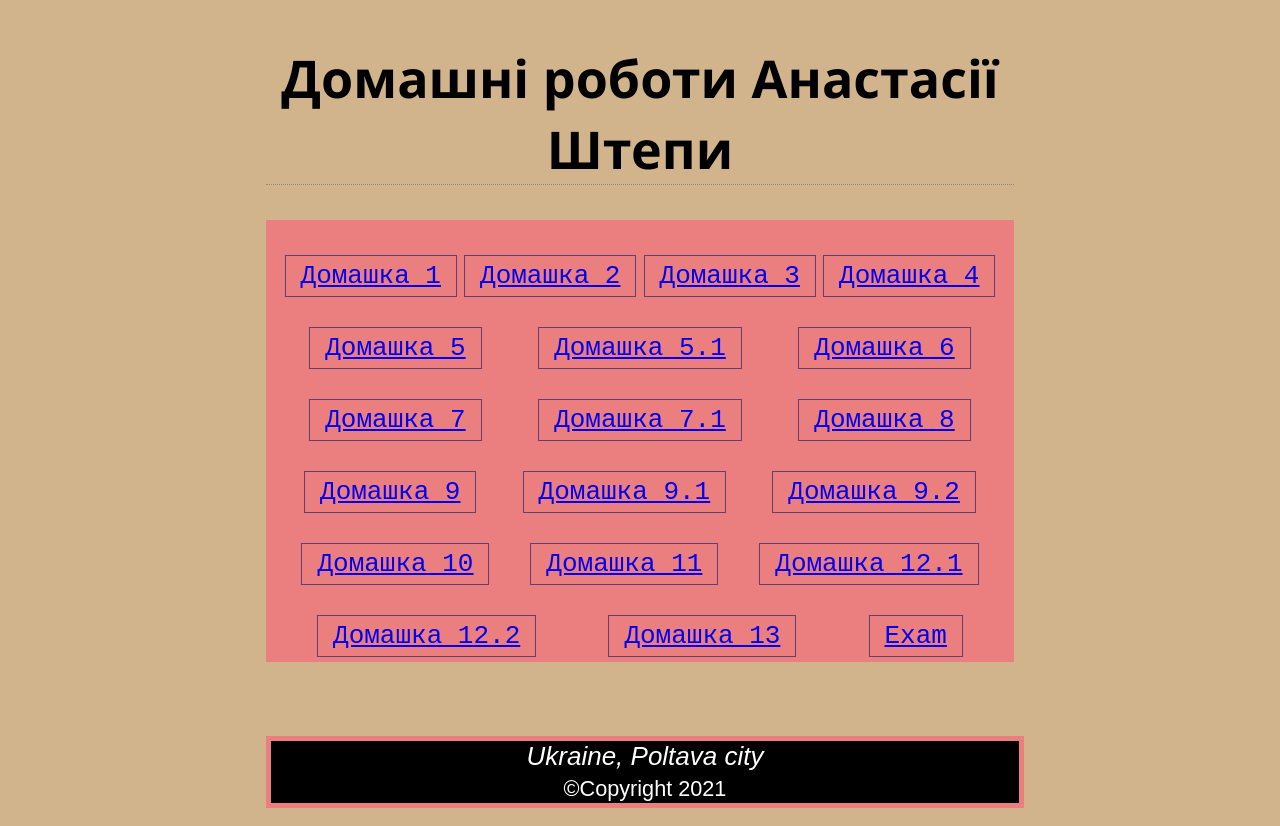
Repository: shtepaa/project-works.github.io
Page: index.html
These files come from the project's save history. The page is drawn as it stood at one moment and after a run of saves; the edit follows.
The browser window is 1280 px wide. The pictures show the part of the page from y = 318 to 1144 px (the page is 1144 px tall).

Above is the page before, as saved 2021-11-15 10:40:21.

### index.html
<!DOCTYPE html>
<html lang="en">
  <head>
    <meta charset="UTF-8" />
    <meta http-equiv="X-UA-Compatible" content="IE=edge" />
    <meta name="viewport" content="width=device-width, initial-scale=1.0" />
    <meta name="description" content="CV" />
    <meta
      name="author"
      content="Anastasiia Shtepa anastasiia.shtepa1990@gmail.com"
    />
    <title>Анастасия Штепа</title>
    <link type="text/css" rel="stylesheet" href="main.css" />
    <link rel="shortcut icon" href="./images/logo.png" type="image/png" />
  </head>
  <body>
    <!--Youtube -->
    <iframe
      width="100%"
      height="300"
      src="https://www.youtube.com/embed/FII4DRuiLLI"
      title="YouTube video player"
      frameborder="0"
      allow="accelerometer; autoplay; clipboard-write; encrypted-media; gyroscope; picture-in-picture"
      allowfullscreen
    ></iframe>
    <br />
    <header>
    <h1><b>Домашні роботи Анастасії Штепи</b></h1></header>
    <!--Домашки -->
    <div class=" container cover-box">
        <div class="cover"><a href="./resume2/index.html">Домашка 1</a></div>

        <div class="cover"><a href="./lesson-3-HTML5/lesson3.html">Домашка 2</a></div>

        <div class="cover"><a href="./lesson-4hard simple/simple/">Домашка 3</a></div>

        <div class="cover">
          <a href="./lesson-4hard simple/hard2/index.html">Домашка 4</a>
        </div>
        <div class="cover">
          <a href="./lesson-5-Figma/index.html">Домашка 5</a>
        </div>
        <div class="cover">
          <a href="./lesson 5.1 Photoshop/index.html">Домашка 5.1</a>
        </div>
        <div class="cover">
          <a href="./lesson 7/index.html">Домашка 6</a>
        </div>
        <div class="cover">
          <a href="./lesson-77/index.html">Домашка 7</a>
        </div>
        <div class="cover">
          <a href="./lesson-7.1/index.html">Домашка 7.1</a>
        </div>
        <div class="cover">
          <a href="./Les-8/index.html">Домашка 8</a>
        </div>
        <div class="cover">
          <a href="./lessons-9/index.html">Домашка 9</a>
        </div>
        <div class="cover">
          <a href="./lessons9.1/index.html">Домашка 9.1</a>
        </div>
        <div class="cover">
          <a href="./lessons- 9.2/index.html">Домашка 9.2</a>
        </div>

        <div class="cover">
          <a href="./lesson-10-homework/index.html">Домашка 10</a>
        </div>
        <div class="cover">
          <a href="./lesson-11-homework/index.html">Домашка 11</a>
        </div>
        <div class="cover">
          <a href="./lesson-12.1/index.html">Домашка 12.1</a>
        </div>
        <div class="cover">
          <a href="./lesson-12.2/index.html">Домашка 12.2</a>
        </div>
        <div class="cover">
          <a href="./lesson-13-home-work/index.html">Домашка 13</a>
        </div>
        <div class="cover">
          <a href="./game-store-main/war-star-exam/index.html">Exam</a>
        </div>
      </div>

    <!-- Локація -->
    <footer>
      <address>Ukraine, Poltava city</address>
      <small> &copy;Copyright 2021 </small>
    </footer>
  </body>
</html>

### main.css
@font-face {
  font-family: "Emblema One";
  src: url("./EmblemaOne-Regular.woff"), url("./EmblemaOne-Regular.ttf");
}

body {
  color: #000000;
  background-color: #d2b48c;
  margin-left: 20%;
  margin-right: 20%;
  padding: 10px 10px 10px 10px;
  font-family: sans-serif;
  font-size: 26px;
}

h1 {
  font-family: "Segoe UI", Tahoma, sans-serif;
  color: #000000;
  border-bottom: thin dotted #888888;
  text-align: center;
}

div {
  font-family: monospace, monospace;
  text-align: center;
  padding: 5px 15px; /* Поля */
  text-decoration: none; /* Убираем подчёркивание */
  color: #000; /* Цвет текста */
  background-color: #eb7e7f;

  margin-top: 30px;
}
div:hover {
  box-shadow: 0 0 5px rgba(0, 0, 0, 0.3); /* Тень */
  background: linear-gradient(
    to bottom,
    #623f6e,
    hsl(322, 38%, 86%)
  ); /* Градиент */
  color: #a00;
}
.cover {
  border: 1px solid #623f6e; /* Рамка */
  display: inline-block;
  padding: 5px 15px; /* Поля */
  text-decoration: none; /* Убираем подчёркивание */
  color: #000; /* Цвет текста */
  background-color: #eb7e7f;
}
.cover:hover {
  box-shadow: 0 0 5px rgba(0, 0, 0, 0.3); /* Тень */
  background: linear-gradient(to bottom, #fcfff4, #e9e9ce); /* Градиент */
  color: #a00;
}
.container {
  display: flex;
  flex-wrap: wrap;
  justify-content: space-around;
  align-items: flex-start;
}
footer {
  color: #ffffff;
  margin: 5px;
  border: 5px solid #eb7e7f;
  background-color: #000000;
  width: 100%;
  text-align: center;
  margin-top: 10%;
  margin-right: 0%;
  margin-bottom: 0%;
  margin-left: 0%;
}
a

After the next 2 saves:
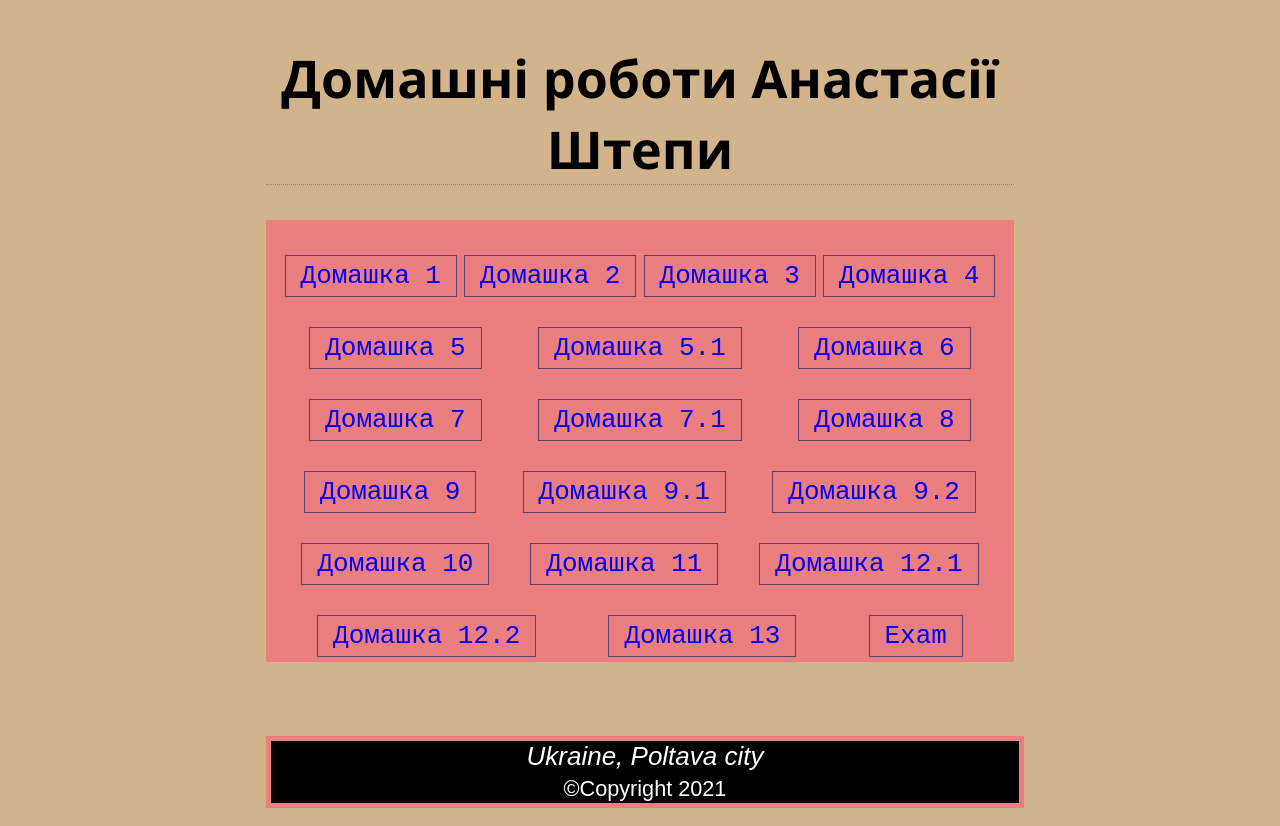
The 2 saves are shown as one change because they came seconds apart.
The last was saved 7 s later.
--- a/main.css
+++ b/main.css
@@ -70,4 +70,6 @@ footer {
   margin-bottom: 0%;
   margin-left: 0%;
 }
-a
+a {
+  text-decoration: none;
+}
